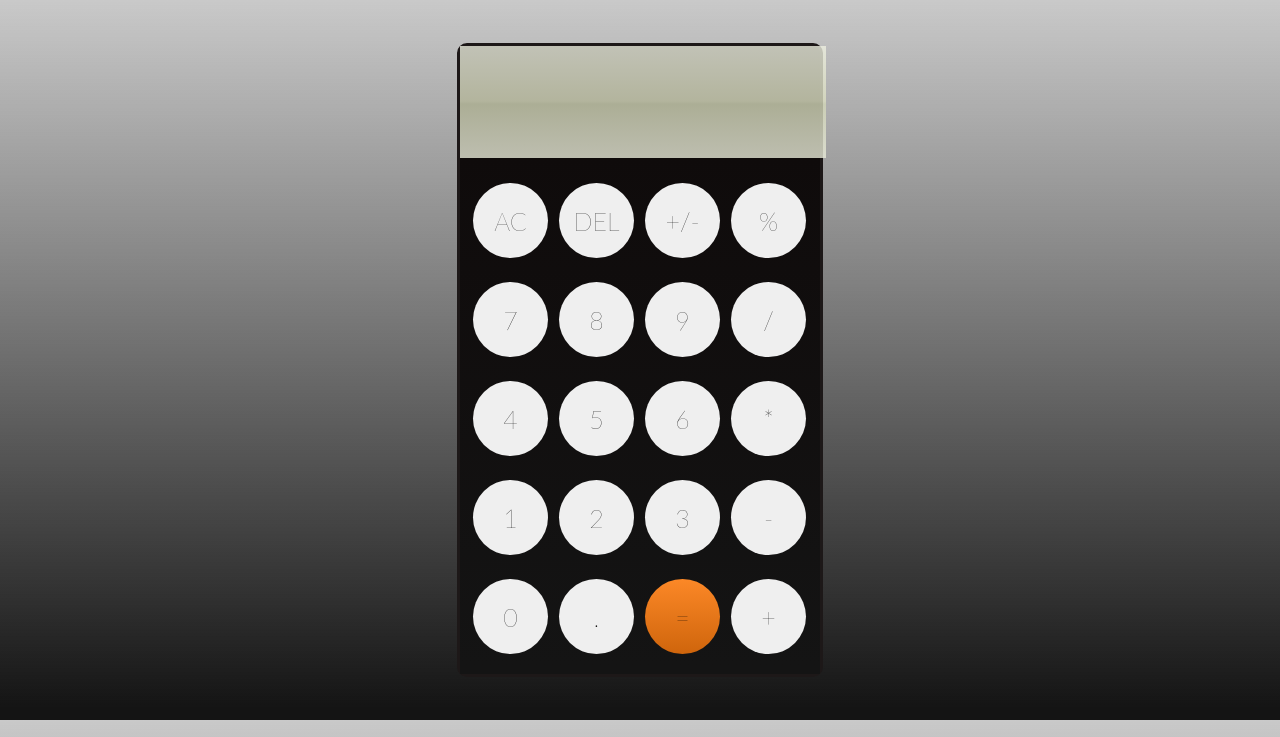
Repository: MhlengiNgubane/BrainnestJsTwo
Page: index.html
These files come from the project's save history. The page is drawn as it stood at one moment and after a run of saves; the edit follows.
The browser window is 1280 px wide. The pictures show the whole page.

Above is the page before, as saved 2022-09-12 09:27:55.

### index.html
<!DOCTYPE html>
<html lang="en">
<head>
    <meta charset="UTF-8">
    <meta http-equiv="X-UA-Compatible" content="IE=edge">
    <meta name="viewport" content="width=device-width, initial-scale=1.0">
    <title>CALCULATOR</title>

    <link rel="stylesheet" href="style.css">
</head>
    <body>
        <div class="wrapper">
            <div class="container">
                <div display>

                </div>
                <input type="text" class="input" value="" disabled />
                <div class="buttons">
                    <button value="AC" class="brown clear">AC</button>
                    <button value="DEL" class="brown delete">DEL</button>
                    <button value="+/-" class="brown plusMinus">+/-</button>
                    <button value="%" class="brown percent">%</button>

                    <button value="7" class="number">7</button>
                    <button value="8" class="number">8</button>
                    <button value="9" class="number">9</button>
                    <button value="/" class="brown operator">/</button>

                    <button value="4" class="number">4</button>
                    <button value="5" class="number">5</button>
                    <button value="6" class="number">6</button>
                    <button value="*" class="brown operator">*</button>

                    <button value="1" class="number">1</button>
                    <button value="2" class="number">2</button>
                    <button value="3" class="number">3</button>
                    <button value="-" class="brown operator">-</button>

                    <button value="0" class="zero number">0</button>
                    <button value="." class="decimal">.</button>
                    <button value="=" class="equal operator">=</button>
                    <button value="+" class="brown operator">+</button>
                </div>
            </div>
        </div>
        <script src="App.js"></script>
    </body>
</html>

### style.css
* {
    border: 0;
    margin: 0;
    padding: 0;
    font-family: 'lato';
    font-weight: 100;
}

body{
    font-family: 'Roboto';
    font-weight: 400;
    background: linear-gradient(360deg, #141414 1.56%, rgba(0, 0, 0, 0.21) 100%);
    width: 100%;
    height: 100vh;
    display: flex;
    flex-direction: column;
    align-items: center;
    justify-content: center;
}



.container{
    align-items: center;
    margin: auto;
    margin-top: 60px;
    width: 360px;
    border: 20px;
    border: 3px solid #1d1818;
    background-color: #130e0e;
    border-radius: 10px;
    margin-bottom: 60px;
}

.input{
    background: linear-gradient(360deg, #E8EAD8 0%, #D2D6B7 48.12%, #DBDEC1 50.76%, #EDEFE0 100%);
    width: 94%;
    min-height: 65px;
    padding: 0 14px;
    text-align:  end;
    font-size: 48px;
    line-height: 112px;
    display: flex;
    align-items: center;
    justify-content: end;
    color: #000000;
    opacity: 0.8;
    outline: none;
    border: none;
}

.buttons{
    display: grid;
    grid-template-columns: repeat(4, 1fr);
    row-gap: 10px;
    column-gap: 10px;
    background: linear-gradient(360deg, #141414 1.56%, rgba(0, 0, 0, 0.21) 100%);
    padding: 18px 13px 13px 13px;
}

button{
    border: 1;
    outline: none;
    height: 75px;
    width: 75px;
    border-radius: 70px;
    text-align: center;
    margin-top: 7px;
    margin-bottom: 7px;
    font-size: 25px;
}

.grey{
    background: linear-gradient(180deg, #7F878C 0%, #4C5154 100%);
}


.equal{
    background: linear-gradient(180deg, #FC8827 0%, #CF650C 100%);
}

@media(max-width: 430px){
    .wrapper{
        width: 100%;
        height: 100%;
        border-radius: 0;
    }

    .buttons{
        row-gap: 5px;
        column-gap: 5px;
        background: linear-gradient(360deg, #141414 1.56%, rgba(0, 0, 0, 0.21) 100%);
        padding: 18px 13px 13px 13px;
    }


}

### App.js
/* Add two numbers */
function add(firstNumber, secondNumber){
  return firstNumber + secondNumber;
}
/* subtract two numbers */
function subtract(firstNumber, secondNumber){
  return firstNumber - secondNumber;
}
/* multiply two numbers */
function multiply(firstNumber, secondNumber){
  return firstNumber * secondNumber;
}
/* divide two numbers */
function divide(firstNumber, secondNumber){
  return firstNumber / secondNumber;
}
/* Make the operations */
function operate(operator, firstNumber, secondNumber){
  if(operator === '+'){
      return add(firstNumber, secondNumber);
  }
  else if(operator === '-'){
      return subtract(firstNumber, secondNumber);
  }
  else if(operator === '*'){
      return multiply(firstNumber, secondNumber);
  }
  else if(operator === '/'){
      return divide(firstNumber, secondNumber);
  }
  return secondNumber;
}

const display = document.querySelector('.display');

const calculator = {
  displayValue: '0',
  firstNumber: null,
  operator: null,
  secondNumber: false,
};

function clear() {
  calculator.displayValue = '0';
  calculator.firstNumber = null;
  calculator.operator = null;
  calculator.secondNumber = false;
}

function updateDisplay() {
  display.value = calculator.displayValue;
}

const buttons = document.querySelector('.buttons');
buttons.addEventListener('click', (e) => {
const target = e.target;

  if (!target.matches('button')) {
      return;
  }

  if (target.classList.contains('clear')) {
      clear();
      updateDisplay();
      return;
  }

  if (target.classList.contains('delete')) {
      undo();
      return;
  }

  if (target.classList.contains('plusMinus')) {
      plusMinus();
      return;
  }

  if (target.classList.contains('percent')) {
      percentage();
      return;
  }

  if (target.classList.contains('decimal')) {
      decimal(target.value);
      updateDisplay();
      return;
  }

  if (target.classList.contains('operator')) {
      calculate(target.value);
      updateDisplay();
      return;
  }

      displayNumber(target.value);
      updateDisplay();
});

function undo(){
  display.value = display.value.slice(0, -1);
  calculator.displayValue = display.value;
}

function plusMinus(){
  let displayPlusMinus = calculator.displayValue;
  if(displayPlusMinus >= 0){
      display.value = '-' + displayPlusMinus;
  }
  calculator.displayValue = display.value;
}

function percentage(){
  let displayPercent = calculator.displayValue;
  if(displayPercent != 0){
      display.value = displayPercent / 100;
  }
 calculator.displayValue = display.value;
}

function decimal(dot) {
  if (calculator.secondNumber === true) {
      calculator.displayValue = '0.'
      calculator.secondNumber = false;
      return
  }
  if (!calculator.displayValue.includes(dot)) {
      calculator.displayValue += dot;
  }
}

function displayNumber(number) {
  let displayValue = calculator.displayValue;
  const secondNumber = calculator.secondNumber;

  if (secondNumber === true) {
      calculator.displayValue = number;
      calculator.secondNumber = false;
  }
  else if(displayValue === '0'){
      calculator.displayValue = number;
  }
  else{
      calculator.displayValue = displayValue + number;
  }
}

function calculate(inputOperator) {
  const firstNumber = calculator.firstNumber;
  const displayValue = calculator.displayValue;
  const operator  = calculator.operator;

  const inputValue = parseFloat(displayValue);

  if (operator && calculator.secondNumber)  {
      calculator.operator = inputOperator;
      return;
    }

  if (firstNumber == null) {
      calculator.firstNumber = inputValue;

  } else if (operator) {
      const result = operate(operator, firstNumber, inputValue);
      calculator.displayValue = `${parseFloat(result.toFixed(6))}`;
      calculator.firstNumber = result;
  }
  calculator.secondNumber = true;
  calculator.operator = inputOperator;
  console.log(calculator);
}

After the next 4 saves:
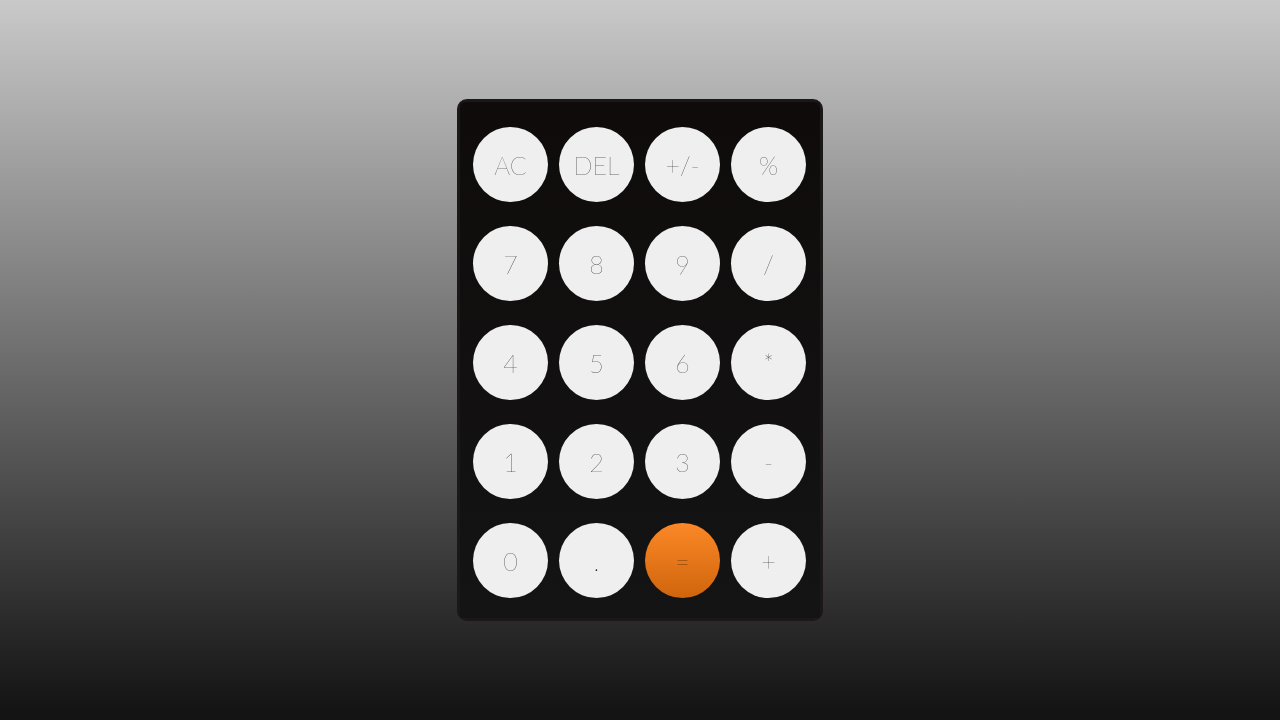
The 4 saves are shown as one change because they came seconds apart.
The last was saved 10 s later.
--- a/index.html
+++ b/index.html
@@ -11,7 +11,7 @@
     <body>
         <div class="wrapper">
             <div class="container">
-                <div display>
+                <div class="display>
 
                 </div>
                 <input type="text" class="input" value="" disabled />

After the save that followed:
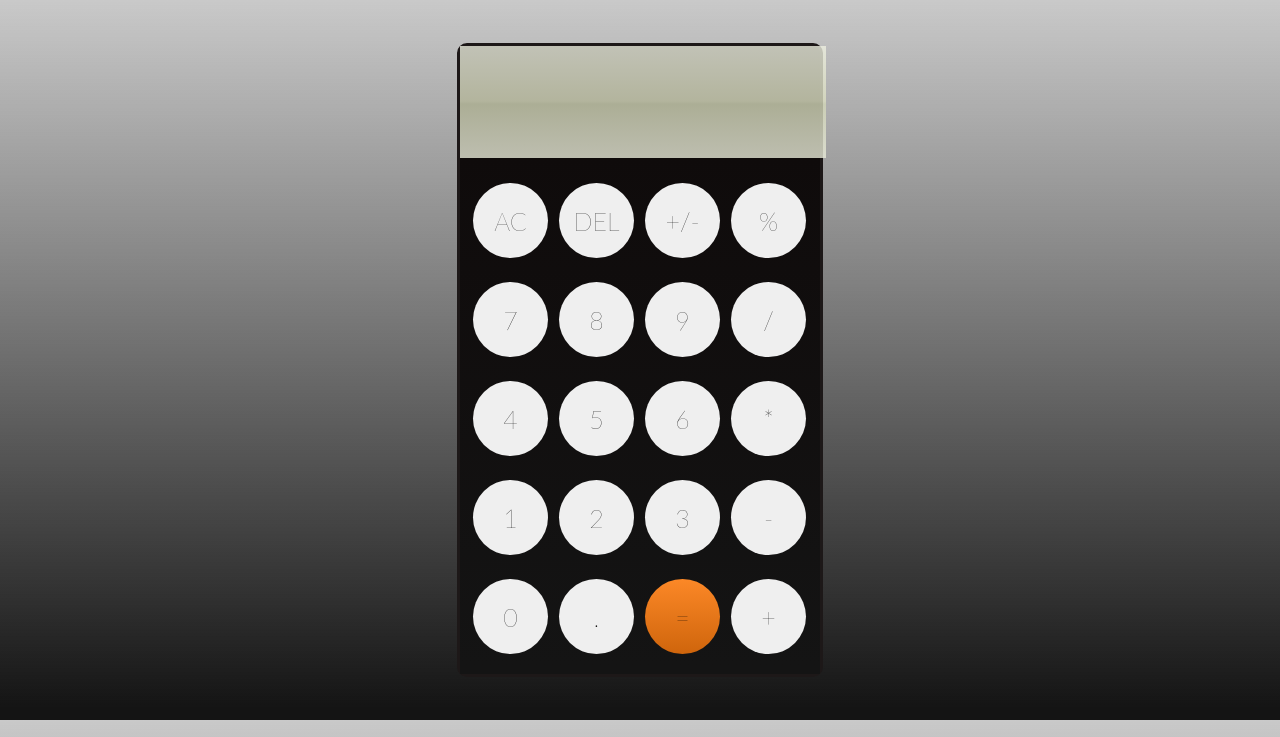
Saved 5 s later.
--- a/index.html
+++ b/index.html
@@ -11,7 +11,7 @@
     <body>
         <div class="wrapper">
             <div class="container">
-                <div class="display>
+                <div class="display">
 
                 </div>
                 <input type="text" class="input" value="" disabled />
